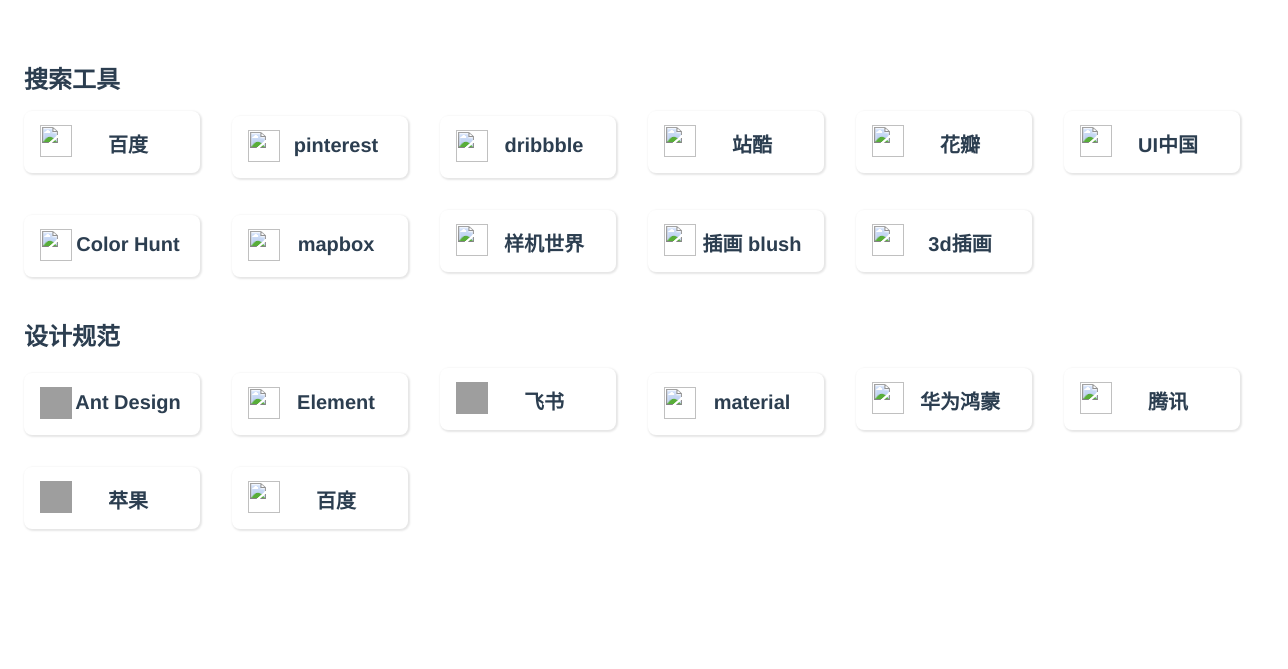
Repository: LiuZixu-aurelio/collection
Page: /
An editor plug-in stored every save of this project. The page is shown before and after the next save, followed by the edit.
The browser window is 1280 px wide. The page is 1288 px wide, so the pictures cover 1288 px, including what lies to the right of the window. The pictures show the whole page.
Pictures or frames that could not be fetched are drawn as grey boxes. The project was rebuilt for these pictures with package versions that can differ from the ones it lists, and the page was loaded fresh each time.

Above is the page before, as saved 2022-06-22 15:56:25.

After the next save:
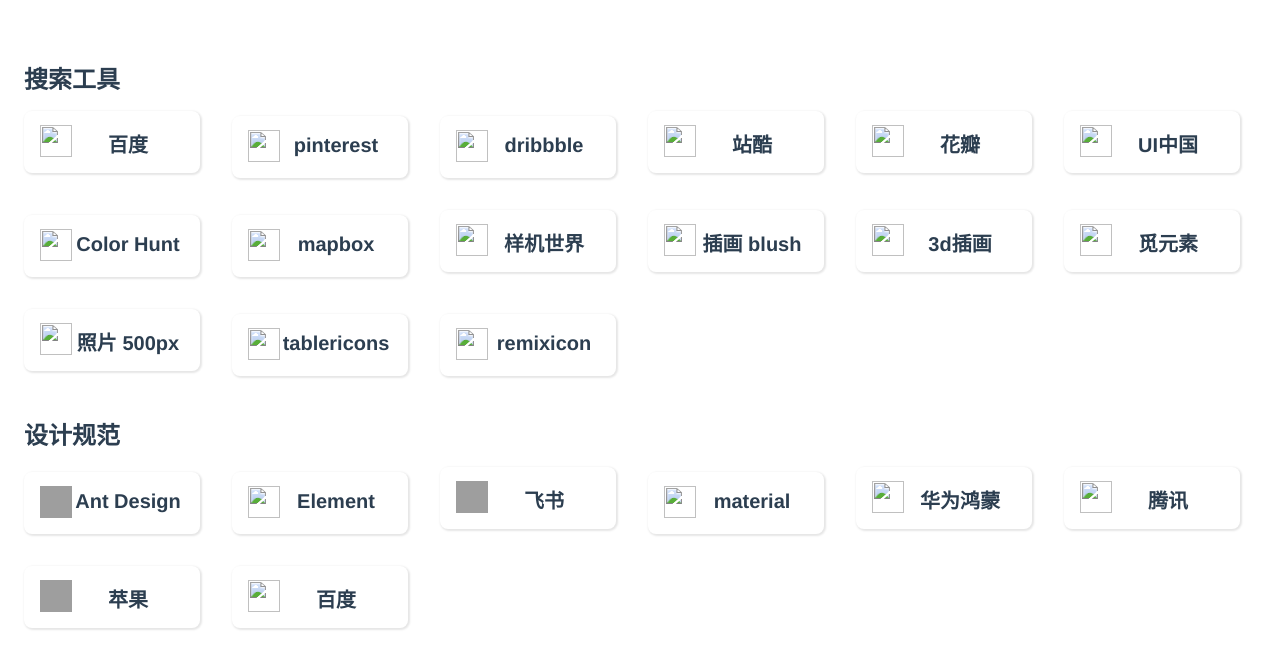
Saved 4 min 19 s later.
--- a/src/components/HelloWorld.vue
+++ b/src/components/HelloWorld.vue
@@ -13,6 +13,10 @@
       <Card class='card' msg="样机世界" web="https://www.mockupworld.co/all-mockups/" logo="https://static-assets.mapbox.com/branding/favicon/v1/favicon.ico?v=gAd4JjrGWl"/>
       <Card class='card' msg="插画 blush" web="https://blush.design/zh-CN?ref=producthunt" logo="https://static-assets.mapbox.com/branding/favicon/v1/favicon.ico?v=gAd4JjrGWl"/>
       <Card class='card' msg="3d插画" web="https://3ddd.casa/" logo="https://static-assets.mapbox.com/branding/favicon/v1/favicon.ico?v=gAd4JjrGWl"/>
+      <Card class='card' msg="觅元素" web="http://www.51yuansu.com/" logo="https://static-assets.mapbox.com/branding/favicon/v1/favicon.ico?v=gAd4JjrGWl"/>
+      <Card class='card' msg="照片 500px" web="https://500px.com/popular" logo="https://static-assets.mapbox.com/branding/favicon/v1/favicon.ico?v=gAd4JjrGWl"/>
+      <Card class='card' msg="tablericons " web="https://tablericons.com/" logo="https://static-assets.mapbox.com/branding/favicon/v1/favicon.ico?v=gAd4JjrGWl"/>
+      <Card class='card' msg="remixicon " web="https://remixicon.com/" logo="https://static-assets.mapbox.com/branding/favicon/v1/favicon.ico?v=gAd4JjrGWl"/>
 
 
       <h2>设计规范</h2>
